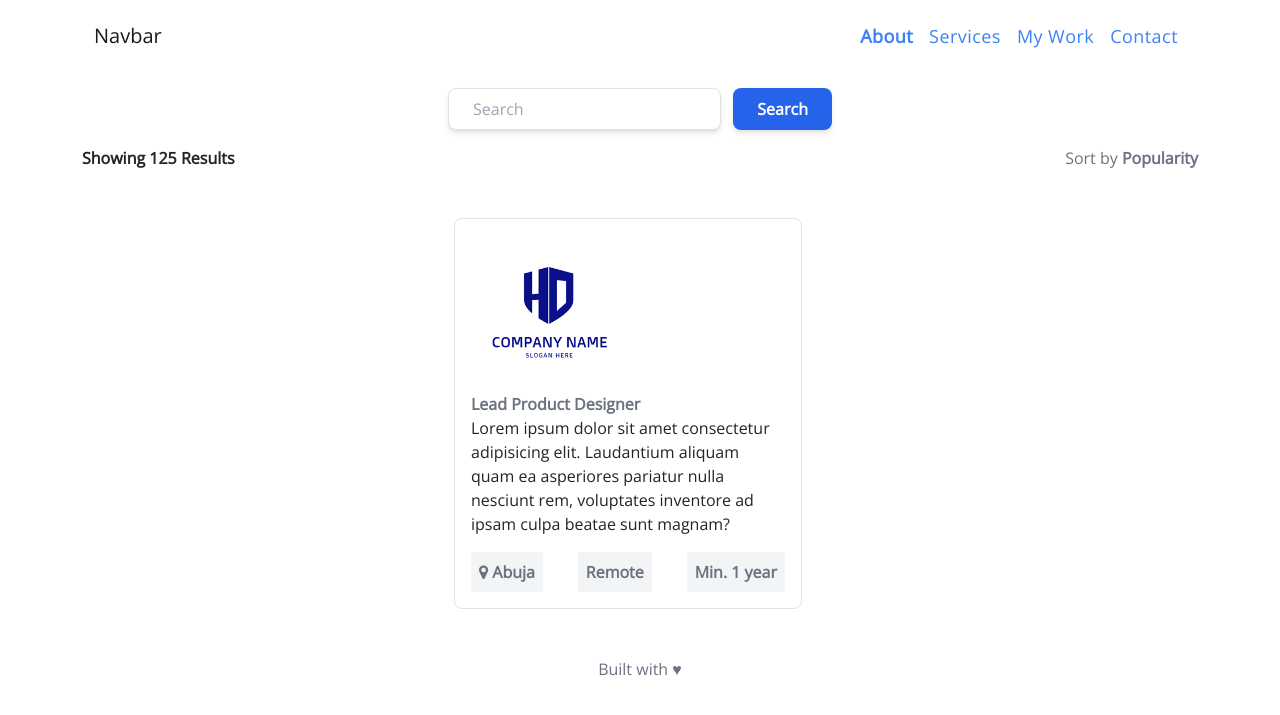
Repository: latenightsnacc/giggles
Page: HTML/search.html
An editor plug-in stored every save of this project. The page is shown before and after the next save, followed by the edit.
The browser window is 1280 px wide. The pictures show the whole page.
Some web libraries are served in a nearby version.

Above is the page before, as saved 2021-01-04 12:06:06.

### HTML/search.html
<!DOCTYPE html>
<html lang="en">
<head>
    <meta charset="UTF-8">
    <meta name="viewport" content="width=device-width, initial-scale=1.0">
    <link href="https://cdnjs.cloudflare.com/ajax/libs/tailwindcss/2.0.2/tailwind.min.css" rel="stylesheet">
    <link rel="stylesheet" href="https://stackpath.bootstrapcdn.com/font-awesome/4.7.0/css/font-awesome.min.css" />
    <link href="https://cdn.jsdelivr.net/npm/bootstrap@5.0.0-beta1/dist/css/bootstrap.min.css" rel="stylesheet" integrity="sha384-giJF6kkoqNQ00vy+HMDP7azOuL0xtbfIcaT9wjKHr8RbDVddVHyTfAAsrekwKmP1" crossorigin="anonymous">
    <link rel="stylesheet" href="stylesheet.css">
    <title>Search Page</title>
</head>
<body class="overflow-x-hidden">
    <!--Navigation-->
    <header class="container">
        <nav class="navbar navbar-expand-lg navbar-light bg-white py-3">
            <div class="container-fluid">
                <a class="navbar-brand" href="search.html">Navbar</a>
                <button class="navbar-toggler" type="button" data-bs-toggle="collapse" data-bs-target="#navbarNavDropdown" aria-controls="navbarNavDropdown" aria-expanded="false" aria-label="Toggle navigation">
                    <span class="navbar-toggler-icon"></span>
                </button>
                <div class="collapse navbar-collapse" id="navbarNavDropdown">
                    <ul class="navbar-nav ml-auto">
                    <li class="nav-item">
                        <a class="nav-link text-lg hover:underline hover:font-bold tracking-wide leading-5 active" aria-current="page" href="#">About</a>
                    </li>
                    <li class="nav-item">
                        <a class="nav-link text-lg hover:underline hover:font-bold tracking-wide leading-5" href="#">Services</a>
                    </li>
                    <li class="nav-item">
                        <a class="nav-link text-lg hover:underline hover:font-bold tracking-wide leading-5" href="#">My Work</a>
                    </li>
                    <li class="nav-item">
                        <a class="nav-link text-lg hover:underline hover:font-bold tracking-wide leading-5" href="#">Contact</a>
                    </li>
                    </ul>
                </div>
            </div>
        </nav>
    </header>
    <main>
        <!-- search form-->
        <div class="container">
            <form class="flex w-full max-w-sm mx-auto space-x-3 my-3">
                <input class="flex-1 appearance-none border border-transparent w-full py-2 px-4 bg-white text-gray-700 placeholder-gray-400 shadow-md rounded-lg text-base focus:outline-none focus:ring-2 focus:ring-blue-600 focus:border-transparent" type="search" placeholder="Search">
                <button class="flex-shrink-0 bg-blue-600 text-white text-base font-semibold py-2 px-4 rounded-lg shadow-md hover:bg-blue-700 focus:outline-none focus:ring-2 focus:ring-blue-500 focus:ring-offset-2 focus:ring-offset-blue-200" type="submit">
                  Search
                </button>
            </form>
        </div>

        <div class="container">
            <div class="flex flex-row w-100 justify-between">
                <div class="font-bold">Showing 125 Results</div>
                <div class="text-gray-500">Sort by <span class="font-semibold">Popularity</span> </div>
            </div>
        </div>

        <div class="container my-5">
            <div class="row flex justify-center items-center w-100">
                <div class="col-xs-12 col-sm-12 col-md-4 col-lg-4">
                    <div class="max-w-sm hover:shadow-2xl border mx-auto p-3 rounded-lg">
                        <a href="#" class="flex">
                            <img src="assets/logo.png" alt="company-logo" style="max-width: 50%;">
                        </a>
                        <div class="text-gray-500 font-bold">Lead Product Designer</div>
                        <p>Lorem ipsum dolor sit amet consectetur adipisicing elit. Laudantium aliquam quam ea asperiores pariatur nulla nesciunt rem, voluptates inventore ad ipsam culpa beatae sunt magnam?</p>
                        <div class="flex flex-row justify-between">
                            <span class="bg-gray-100 text-gray-500 p-2 font-semibold"><i class="fa fa-map-marker"></i> Abuja</span>
                            <span class="bg-gray-100 text-gray-500 p-2 font-semibold">Remote</span>
                            <span class="bg-gray-100 text-gray-500 p-2 font-semibold">Min. 1 year</span>
                        </div>
                    </div>
                </div>
            </div>
        </div>
    </main>
    <footer class="text-center text-l text-blue-500 font-semibold">

        <p class="text-gray-500">Built with &hearts;</p>

    <script src="https://cdn.jsdelivr.net/npm/bootstrap@5.0.0-beta1/dist/js/bootstrap.bundle.min.js" integrity="sha384-ygbV9kiqUc6oa4msXn9868pTtWMgiQaeYH7/t7LECLbyPA2x65Kgf80OJFdroafW" crossorigin="anonymous"></script>

</body>
</html>

### HTML/stylesheet.css
@import url('https://fonts.googleapis.com/css2?family=Montserrat:wght@400;700&family=Open+Sans:wght@300;400&display=swap');

h1, h2, h3, h4, h5, h6 {
    font-family: 'Montserrat', sans-serif;
}
.user-info h1 {
    line-height: 60px;
    font-size: 50px;
    font-weight: 700;
    margin-top: 20px;
}
.user-info h2 {
    line-height: 27px;
    font-size: 18px;
    font-weight: 400;
    margin-top: 15px;
}
.user-info span {
    line-height: 36px;
    font-size: 30px;
    font-weight: 600;
}
.user-info p {
    margin: 5px 0;
}
.user-info button {
    margin-top: 10px;
}
p, div, a, button {
    font-family: 'Open Sans', sans-serif;
    font-weight: 300;
}

.work-experience .row:hover .text {
    border:2px solid  #3b82f6;

}
.work-experience .row:hover .flex .no {
    border:1px solid #3b82f6;

}
.nav-link {
    color: #3b82f6 !important;
}
.nav-item .active{
    font-weight: 600;
}

After the next save:
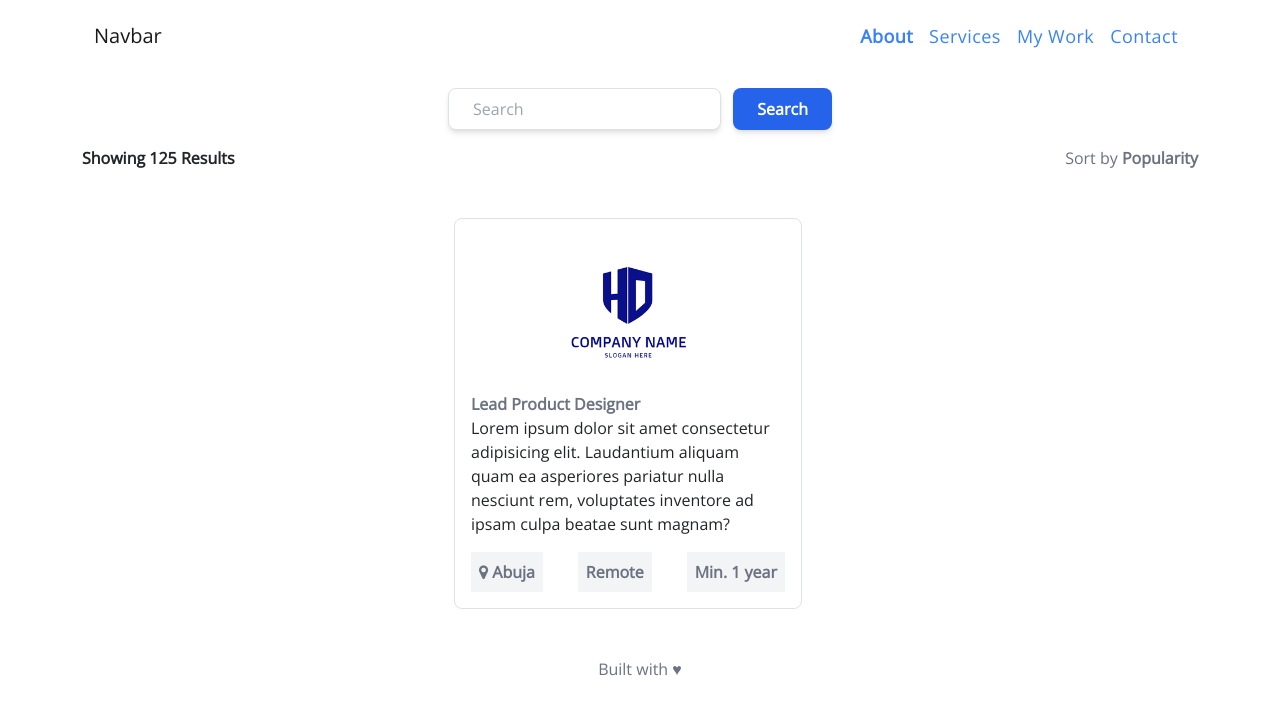
Saved 7 s later.
--- a/HTML/search.html
+++ b/HTML/search.html
@@ -59,7 +59,7 @@
             <div class="row flex justify-center items-center w-100">
                 <div class="col-xs-12 col-sm-12 col-md-4 col-lg-4">
                     <div class="max-w-sm hover:shadow-2xl border mx-auto p-3 rounded-lg">
-                        <a href="#" class="flex">
+                        <a href="#" class="flex justify-center">
                             <img src="assets/logo.png" alt="company-logo" style="max-width: 50%;">
                         </a>
                         <div class="text-gray-500 font-bold">Lead Product Designer</div>
